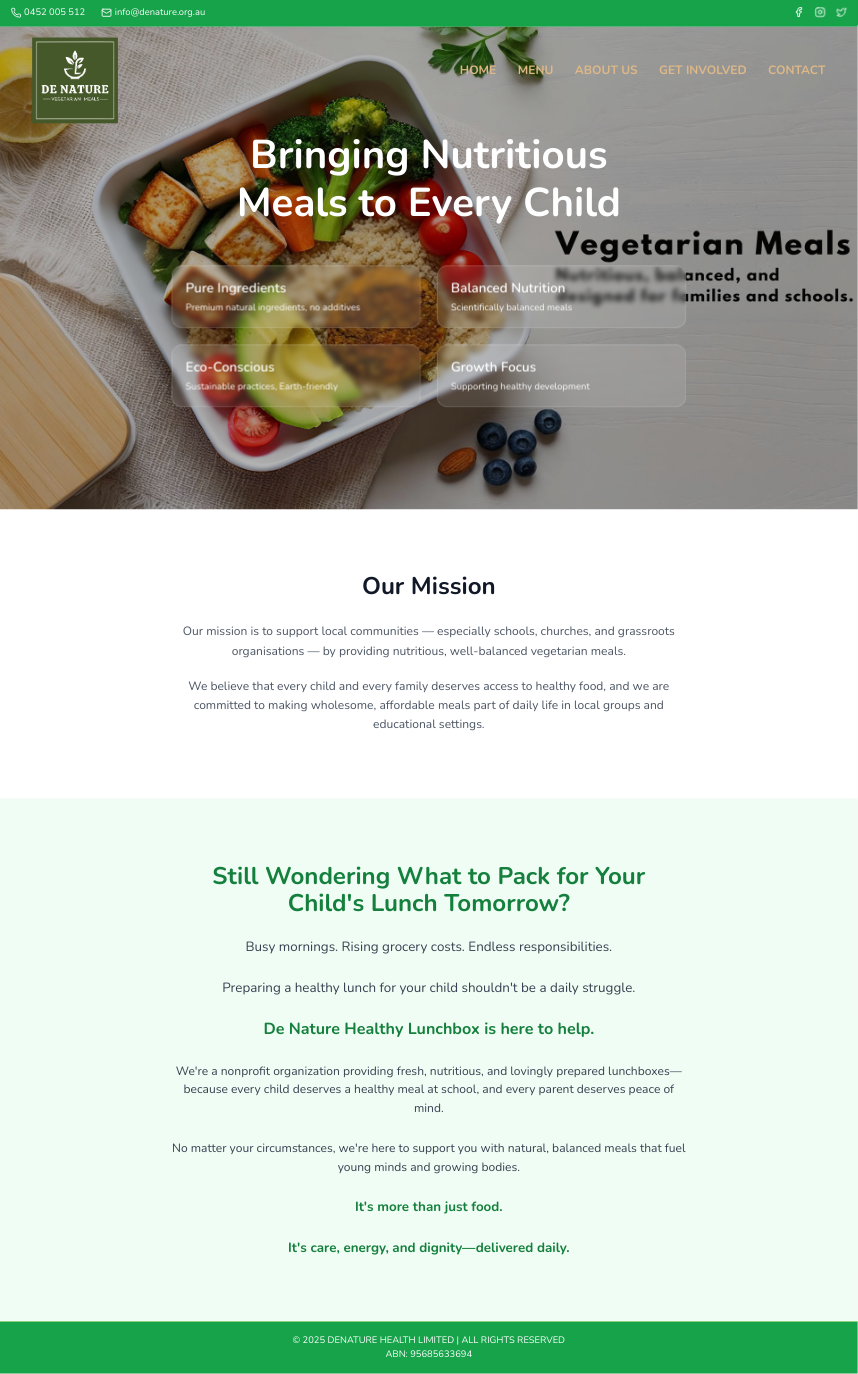
Repository: sunnyyan01/denature-website
Page: /
An editor plug-in stored every save of this project. The page is shown before and after the next save, followed by the edit.
The browser window is 1280 px wide. The pictures show the whole page, at 67% of full size.
The project was rebuilt for these pictures with package versions that can differ from the ones it lists, and the page was loaded fresh each time. The framework's server and built-in components were replaced by stand-ins that run in the browser. Also part of the build but not shown: next.config.js.

Above is the page before, as saved 2025-05-11 20:14:50.

After the next save:
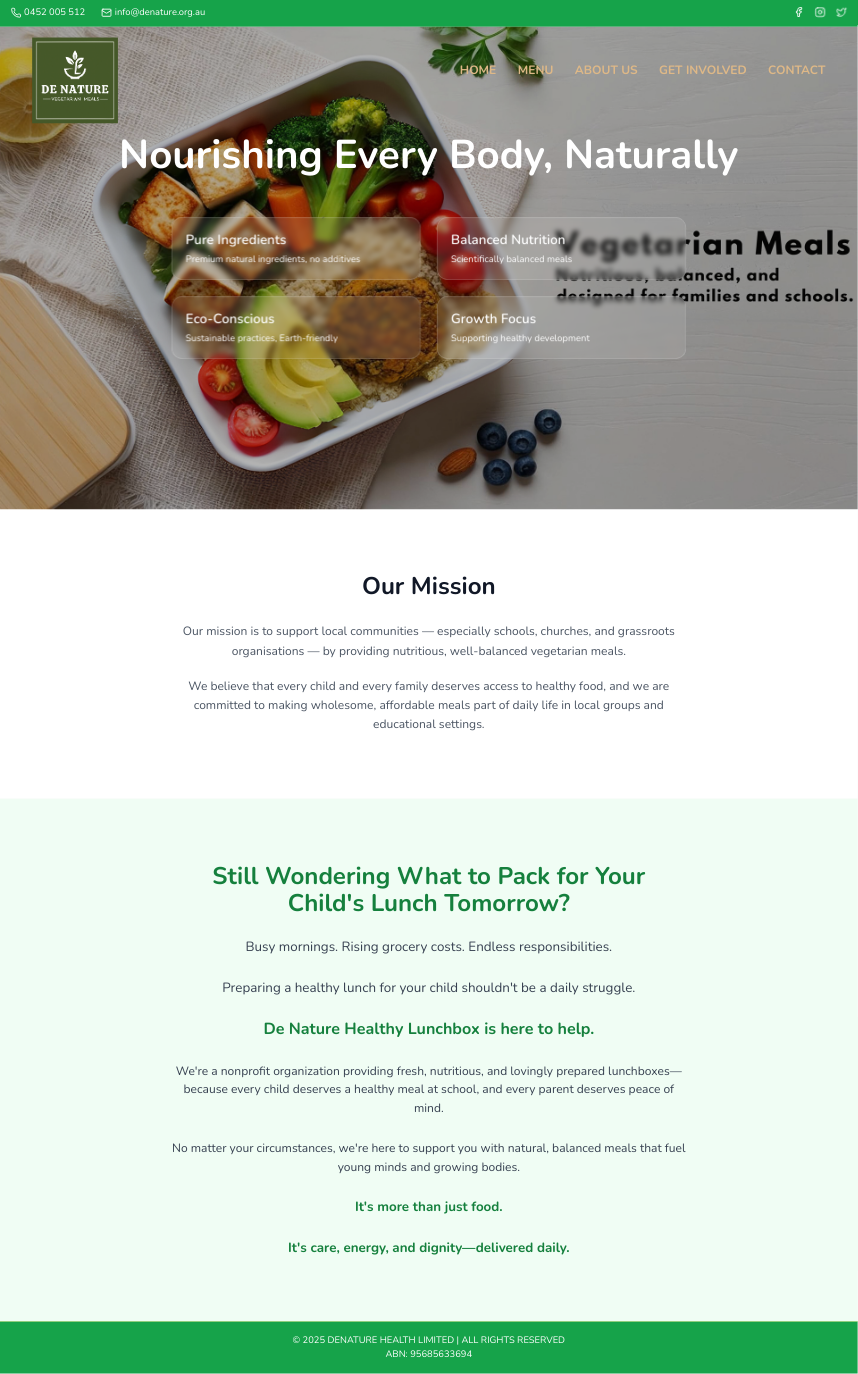
Saved 7 min 11 s later.
--- a/src/app/page.tsx
+++ b/src/app/page.tsx
@@ -38,8 +38,7 @@
         <div className="relative container mx-auto px-4 h-screen flex items-start pt-32">
           <div className="max-w-6xl mx-auto w-full pt-8">
             <h1 className="text-4xl md:text-6xl font-bold text-white mb-16 leading-[1.3] font-heading text-center">
-              <div className="mb-1 md:mb-3">Bringing Nutritious</div>
-              <div>Meals to Every Child</div>
+              <div className="mb-1 md:mb-3">Nourishing Every Body, Naturally</div>
             </h1>
             {/* 四个特点 */}
             <div className="grid grid-cols-1 md:grid-cols-2 gap-6 max-w-3xl mx-auto">
